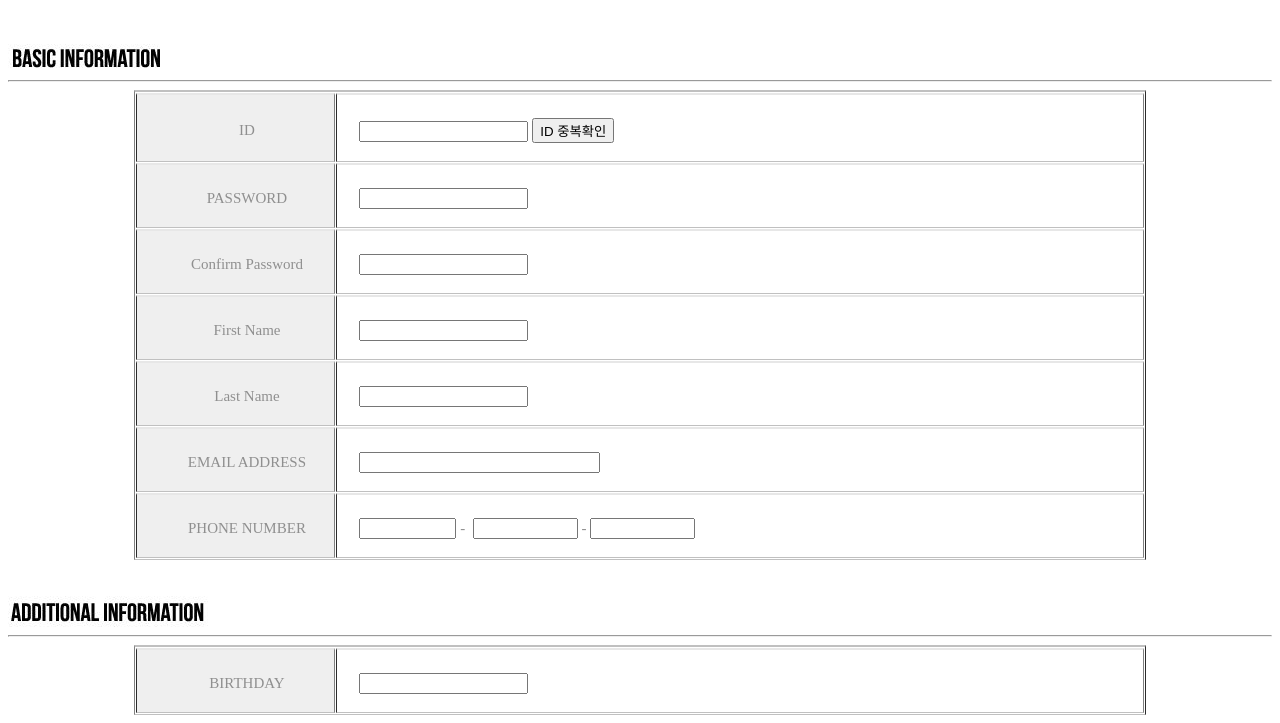
Repository: kminjoo/Making-website-using-JSP
Page: http://localhost/website_project/Register.jsp
An editor plug-in stored every save of this project. The page is shown before and after the next save, followed by the edit.
The browser window is 1280 px wide. The pictures show the whole page.
The page is served by Tomcat 9.

Above is the page before, as saved 2015-07-21 14:21:10.

After the next save:
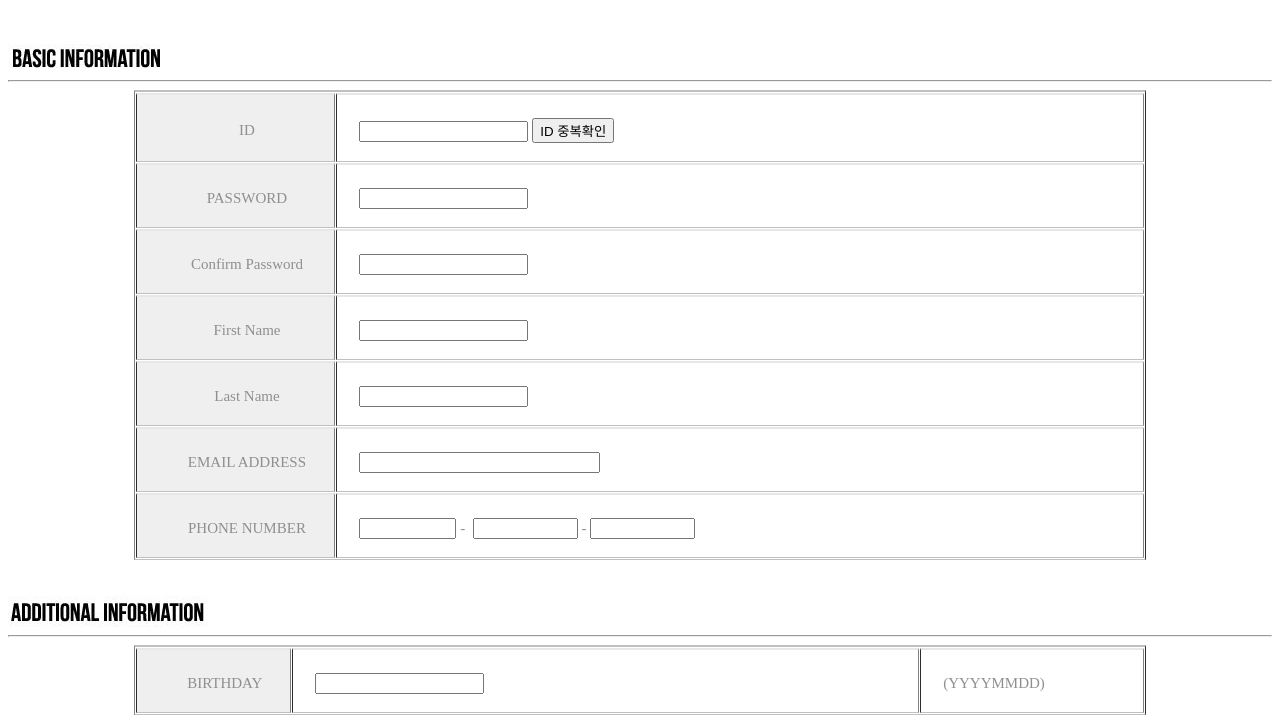
Saved 74 s later.
--- a/website_project/WebContent/Register.jsp
+++ b/website_project/WebContent/Register.jsp
@@ -53,6 +53,7 @@
 <tr>
 		<td width="13%" align="center" bgcolor="#EFEFEF">BIRTHDAY</td>
 		<td width="60%"><input type="text" name="mem_id" size="18"></td>
+		<td>(YYYYMMDD)</td>
 </tr>
 </table>
 </form>
